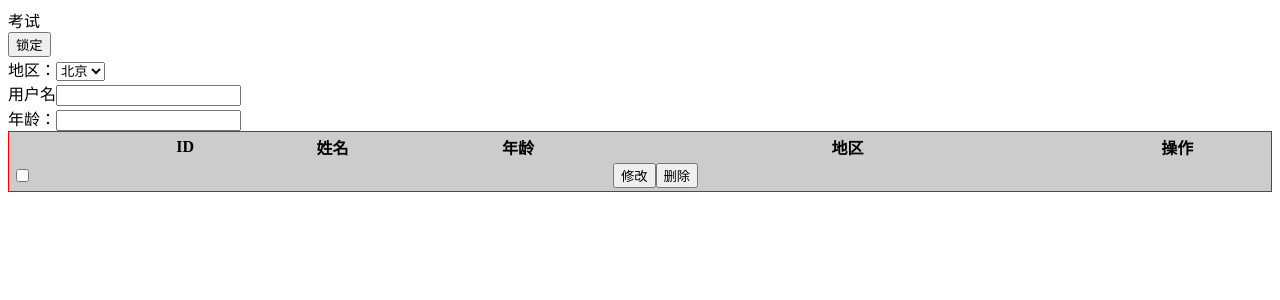
Repository: Sjl-2114/2006z
Page: / (app in A卷/vue-kaoshi/)
These files come from the project's save history. The page is drawn as it stood at one moment and after the next save; the edit follows.
The browser window is 1280 px wide. The pictures show the whole page.
The project was rebuilt for these pictures with package versions that can differ from the ones it lists, and the page was loaded fresh each time.

Above is the page before, as saved 2021-04-28 15:59:42.

After the next save:
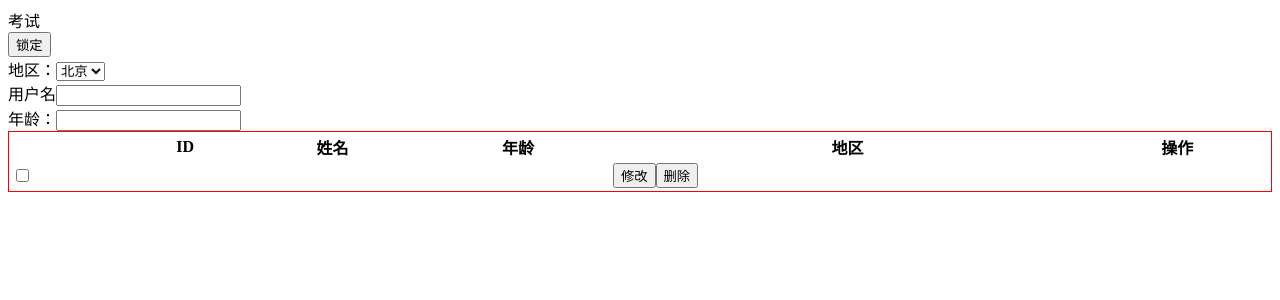
Saved 24 s later.
--- a/A卷/vue-kaoshi/src/App.vue
+++ b/A卷/vue-kaoshi/src/App.vue
@@ -67,7 +67,7 @@ export default {
 </script>
 <style>
   .table{
-    background: #ccc;
+
     border: 1px solid red;
   }
 </style>
